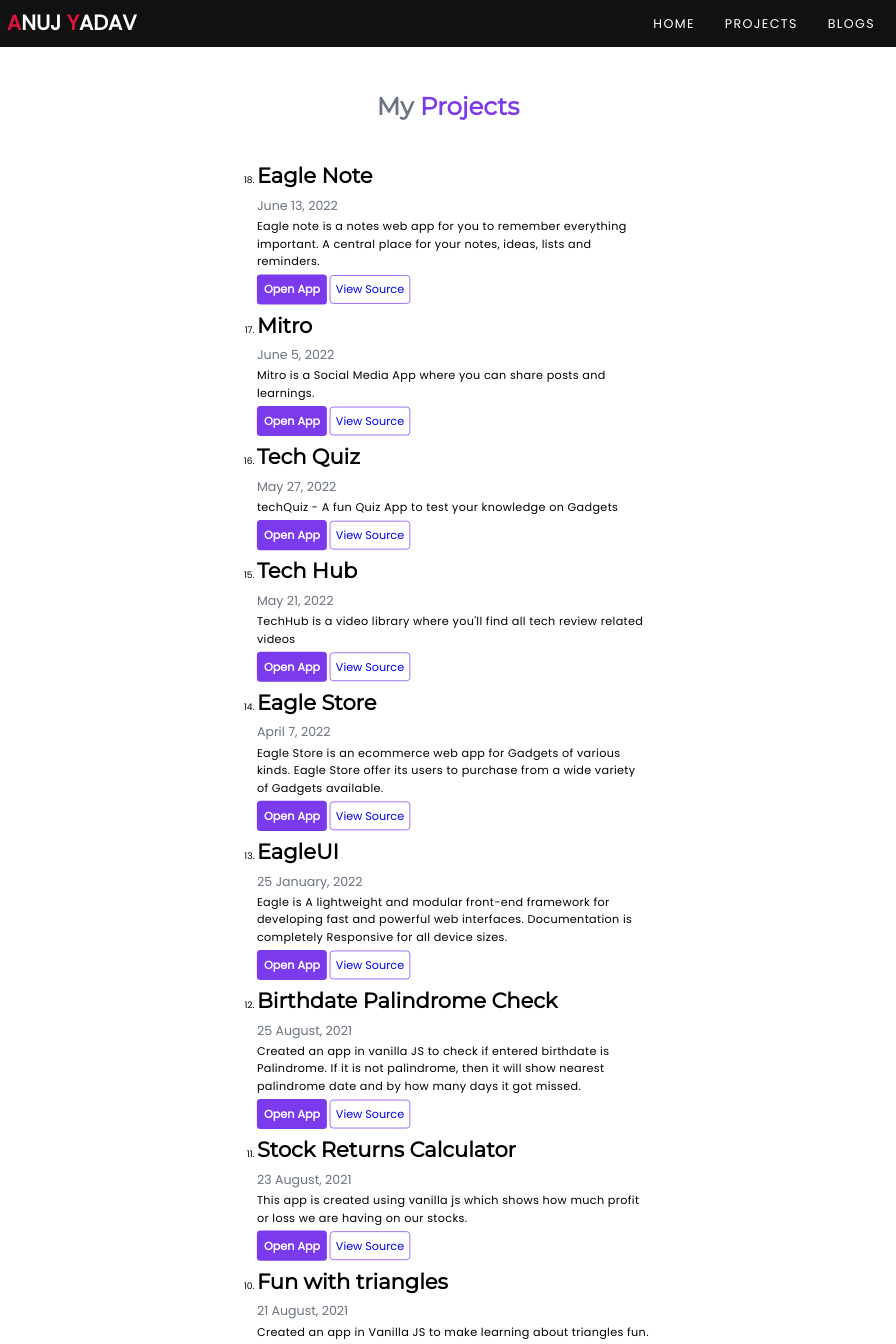
Repository: anuj-kumary/Portfolio
Page: project.html
An editor plug-in stored every save of this project. The page is shown before and after the next save, followed by the edit.
The browser window is 1280 px wide. The pictures show the part of the page from y = 0 to 1920 px (the page is 4089 px tall before and 4026 px after), at 70% of full size.

Above is the page before, as saved 2022-11-12 10:27:19.

After the next save:
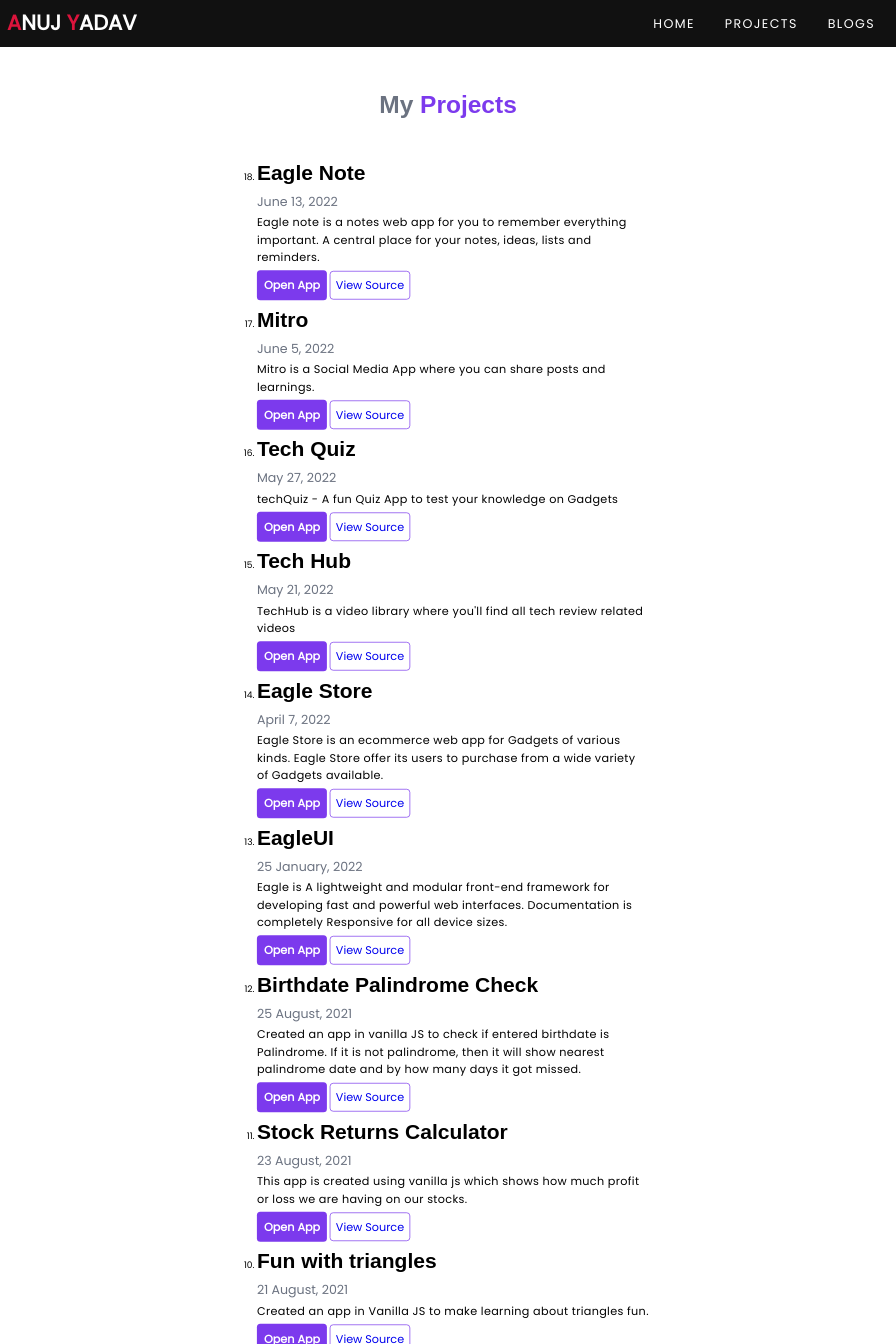
Saved 34 s later.
--- a/style.css
+++ b/style.css
@@ -1,4 +1,3 @@
-@import 'https://fonts.googleapis.com/css?family=Montserrat:300, 400, 700&display=swap';
 @import url('https://fonts.googleapis.com/css2?family=Poppins:wght@200;300;400&display=swap');
 
 * {
@@ -15,7 +14,6 @@
 
 html {
 	font-size: 10px;
-	font-family: 'Montserrat', sans-serif;
 	font-family: 'Poppins', sans-serif;
 	scroll-behavior: smooth;
 }
